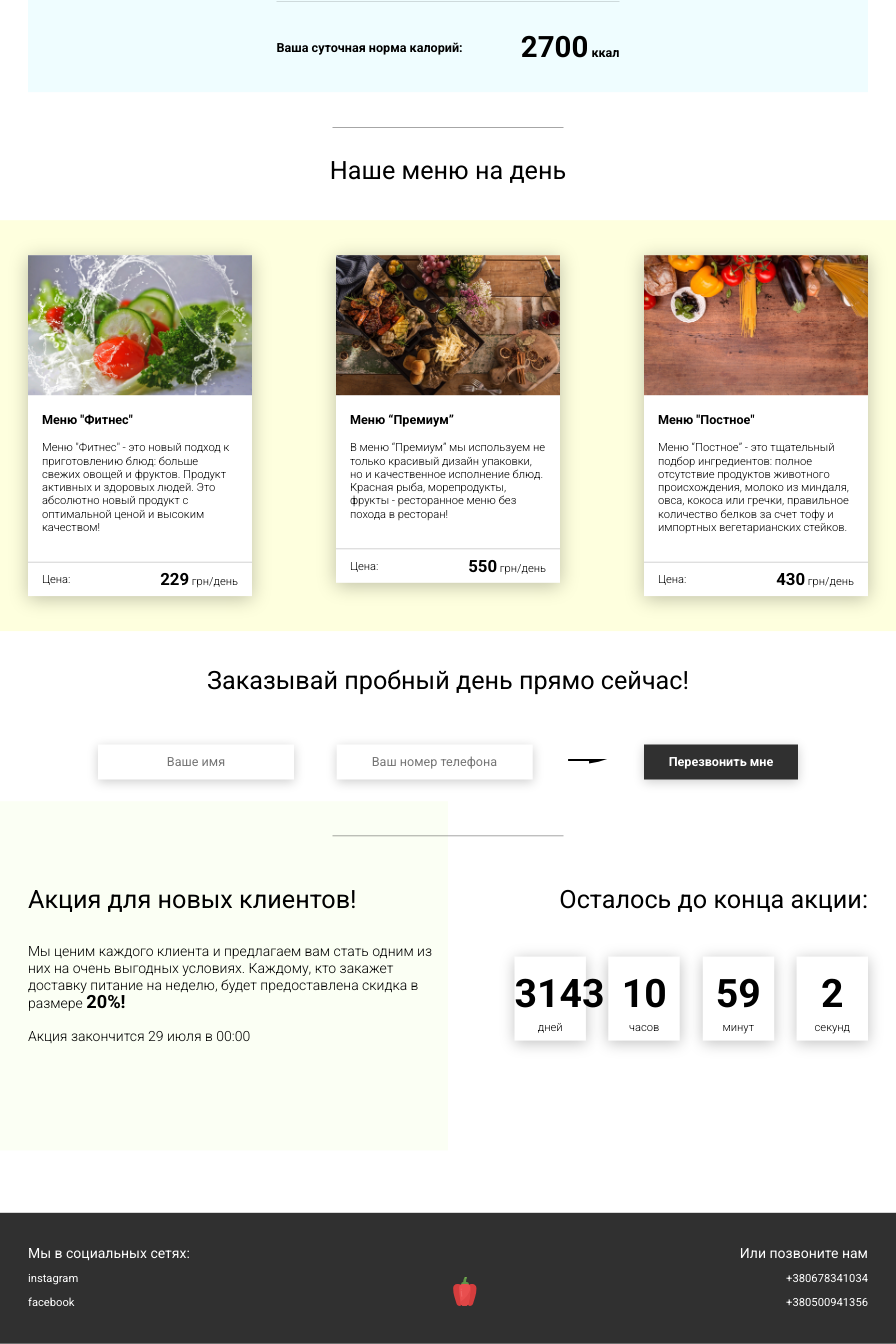
Repository: ne-comilfo/food
Page: index.html
These files come from the project's save history. The page is drawn as it stood at one moment and after a run of saves; the edit follows.
The browser window is 1280 px wide. The pictures show the part of the page from y = 2331 to 4251 px (the page is 4251 px tall), at 70% of full size.

Above is the page before, as saved 2025-07-23 13:02:10.

After the next 2 saves:
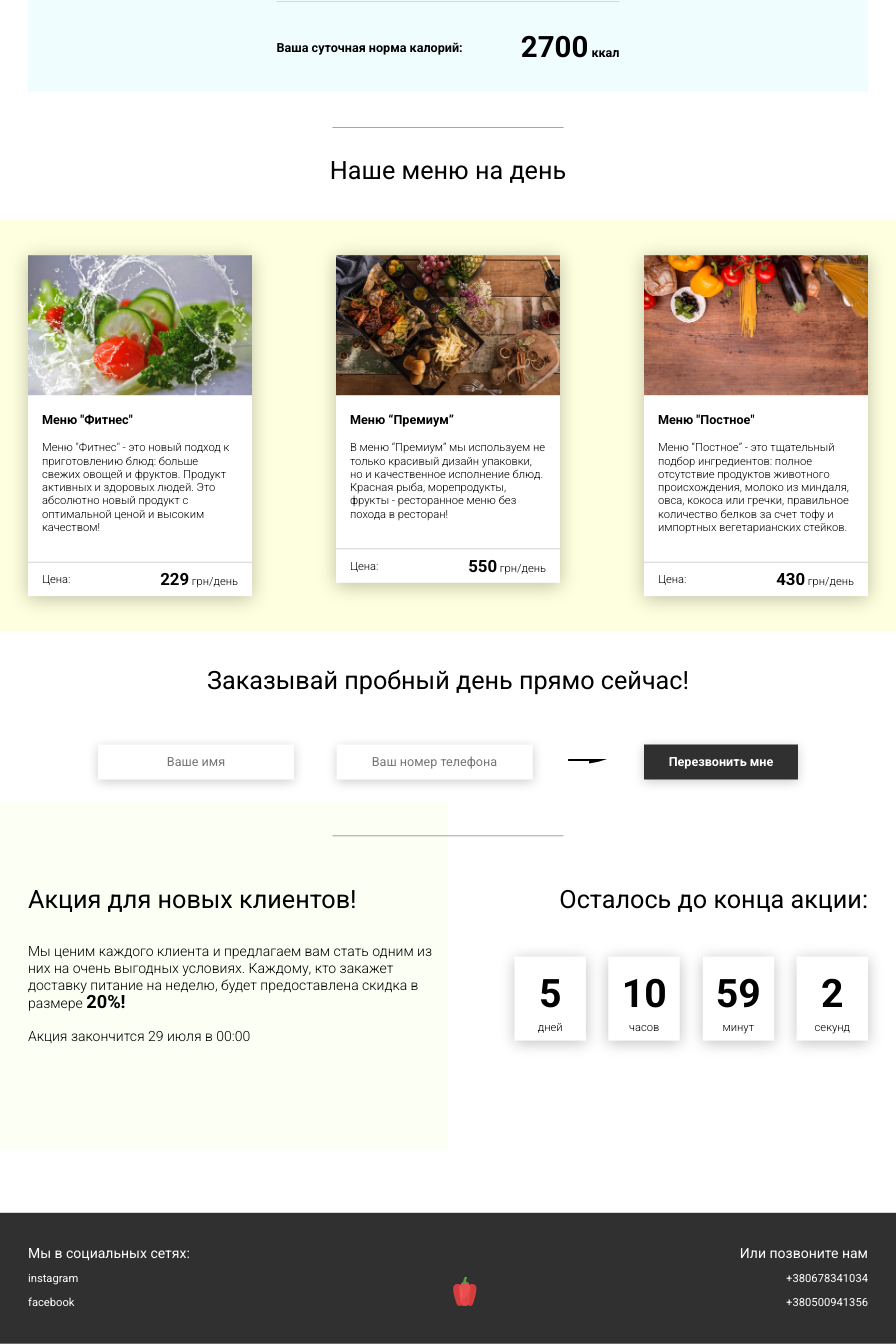
The 2 saves are shown as one change because they came seconds apart.
The last was saved 12 s later.
--- a/js/script.js
+++ b/js/script.js
@@ -53,7 +53,7 @@ document.addEventListener('DOMContentLoaded', () => {
             return;
         }
         const totalSeconds = Math.floor(diffData / 1000);
-        days.textContent = Math.floor(totalSeconds / 3600 * 24);
+        days.textContent = Math.floor(totalSeconds / (3600 * 24));
         hours.textContent = Math.floor(totalSeconds / (3600) % 24);
         minutes.textContent = Math.floor(totalSeconds / 60) % 60;
         seconds.textContent = totalSeconds % 60;
